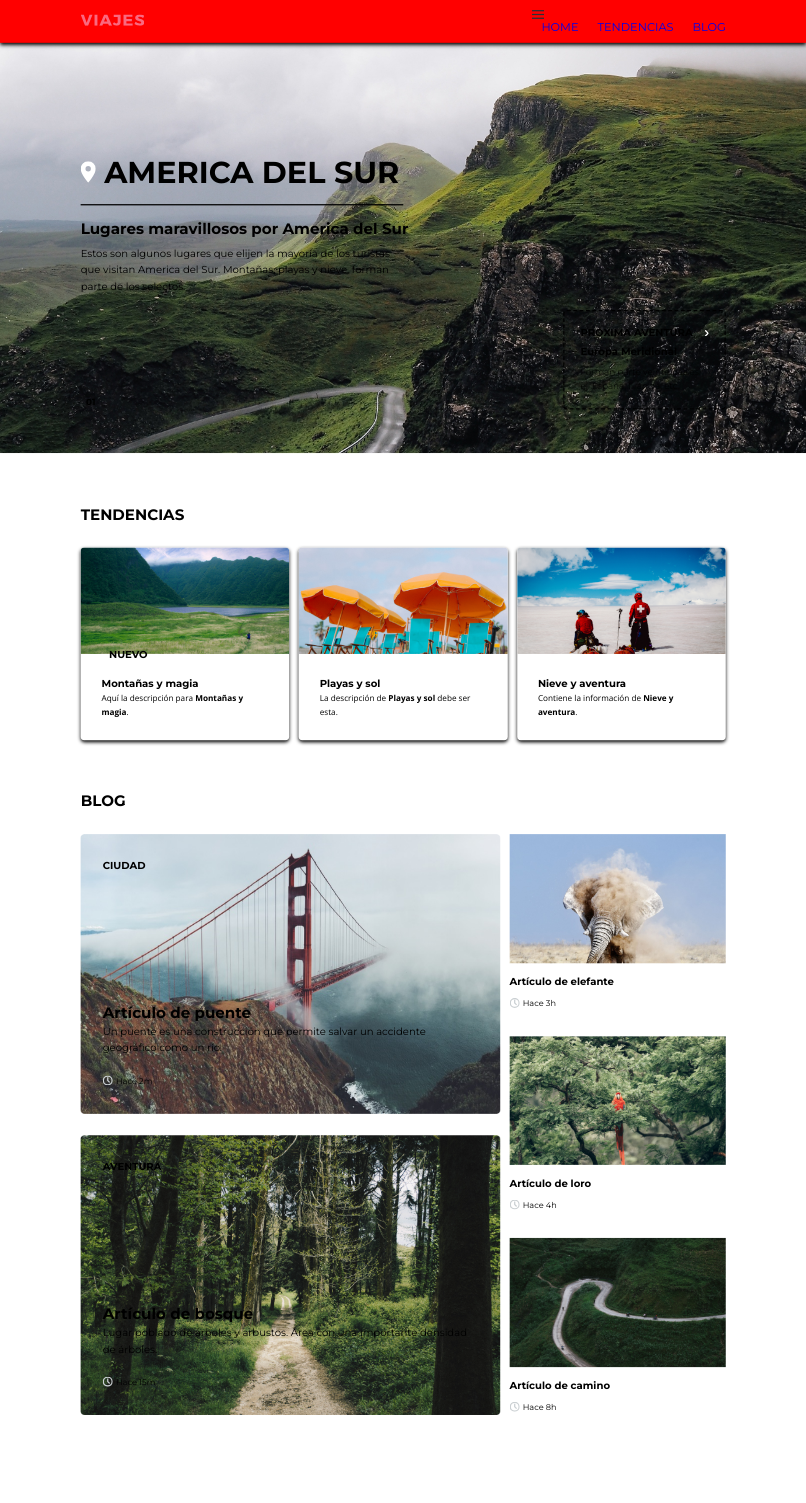
Repository: agustin-mesa/viajes
Page: /
The author's editor kept a copy of each file at every save. The page is drawn from the files as they stood at one save, then again after the next save.
The browser window is 1280 px wide. The pictures show the whole page, at 63% of full size.
The project was rebuilt for these pictures with package versions that can differ from the ones it lists, and the page was loaded fresh each time. Also part of the build but not shown: src/components/styles/colors.module.scss.

Above is the page before, as saved 2021-11-14 01:07:44.

After the next save:
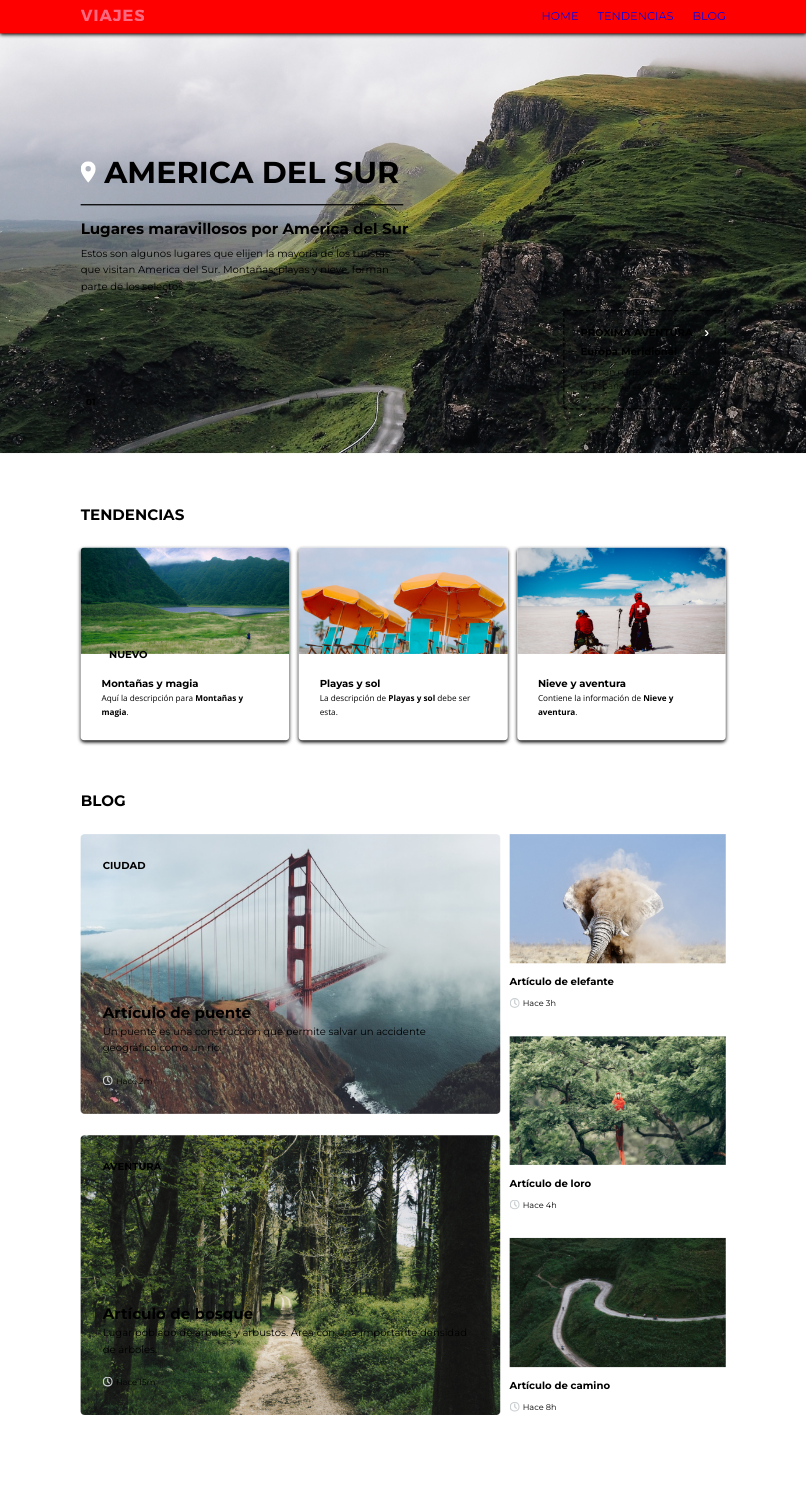
Saved 24 s later.
--- a/src/components/Header.js
+++ b/src/components/Header.js
@@ -31,11 +31,14 @@ const Header = () => {
         </div>
 
         <div className="nav__menu">
-          <img
-            src={!hamburguerMenu ? icHamburguer : icTimesExit}
-            alt=""
-            onClick={handleMenu}
-          />
+          {isTabletOrMobile && (
+            <img
+              src={!hamburguerMenu ? icHamburguer : icTimesExit}
+              alt=""
+              onClick={handleMenu}
+            />
+          )}
+
           {hamburguerMenu && (
             <div className="bgAction" onClick={handleMenu}></div>
           )}
